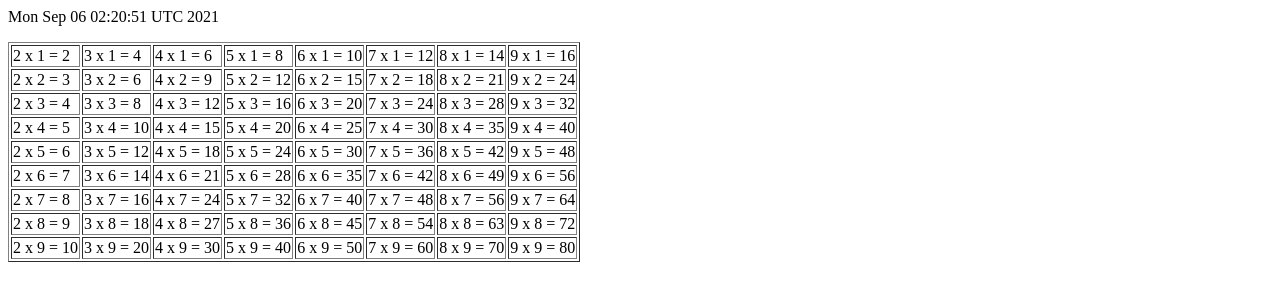
Repository: soobin10236/Class
Page: http://localhost/Web10/
The author's editor kept a copy of each file at every save. The page is drawn from the files as they stood at one save, then again after the next save.
The browser window is 1280 px wide. The pictures show the whole page.
The page is served by Tomcat 9.

Above is the page before, as saved 2021-09-08 02:59:38.

After the next save:
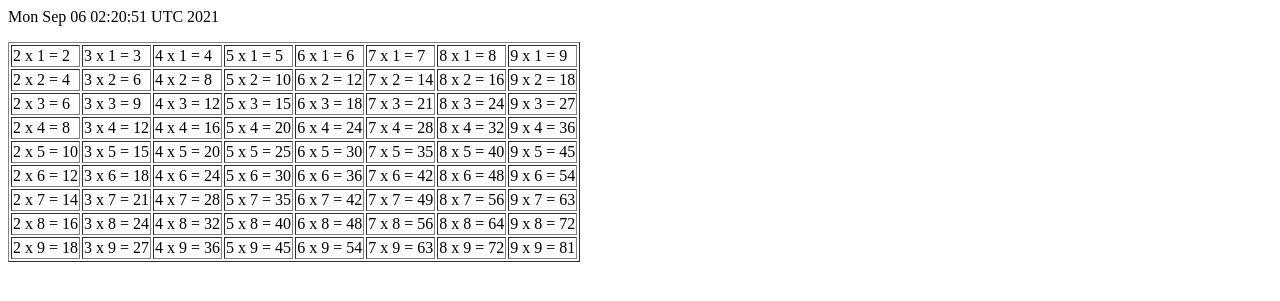
Saved 24 s later.
--- a/Web10/src/main/webapp/index.jsp
+++ b/Web10/src/main/webapp/index.jsp
@@ -31,7 +31,7 @@
 	%>
 		<tr>
 		<%for(int j=1;j<=8;j++){ %>
-			<td><%=j+1%> x <%=i %> = <%= (i+1)*j %></td>
+			<td><%=j+1%> x <%=i %> = <%= (j+1)*i %></td>
 		<%
 		}%>
 		</tr>
